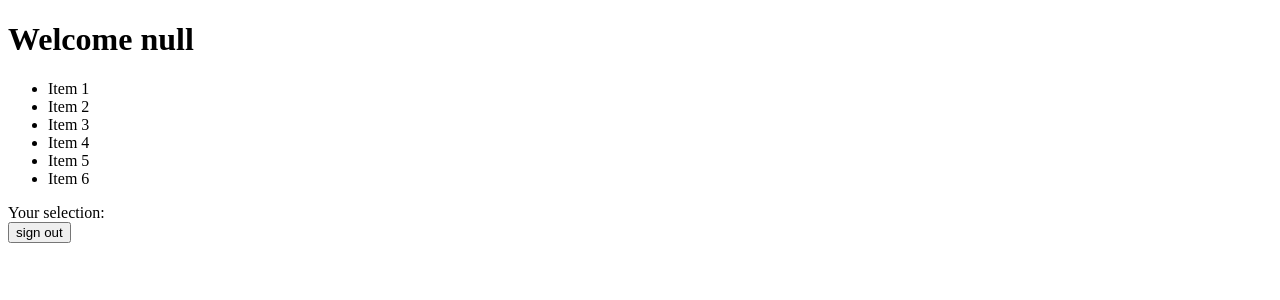
Repository: PoojaShirwaikar/BlockhainTest
Page: javascript/HtmlAssinment3/WebContent/GroceryMall.html
An editor plug-in stored every save of this project. The page is shown before and after the next save, followed by the edit.
The browser window is 1280 px wide. The pictures show the whole page.
Some web libraries are served in a nearby version.

Above is the page before, as saved 2017-11-18 03:42:40.

### javascript/HtmlAssinment3/WebContent/GroceryMall.html
<!DOCTYPE html>
<html>
<head>
<meta charset="ISO-8859-1">
<title>Insert title here</title>
<script src="https://code.jquery.com/jquery-3.2.1.js"></script>

</head>
<body>
	<h1 id="h"></h1>

	<ul>
		<li>Item 1</li>
		<li>Item 2</li>
		<li>Item 3</li>
		<li>Item 4</li>
		<li>Item 5</li>
		<li>Item 6</li>
	</ul>

	<div id="id1">Your selection:</div>

	<button id="b2" onclick="check1()">sign out</button>

	<script>
		var name1 = localStorage.getItem('name');
		sessionStorage.setItem('item', $(this).text());
		/*console.log(name1);*/
 		$("h1").append(" Welcome " + name1);

		function check1() {
			localStorage.removeItem('name');
			$("h1").empty();
			$("h1").append(" Welcome ");

		}

		$("body").on("click", "li", function() {
			sessionStorage.setItem('item', $(this).text());
			$("div").append("<br/>"+$(this).text());
		})
	</script>



</body>
</html>

After the next save:
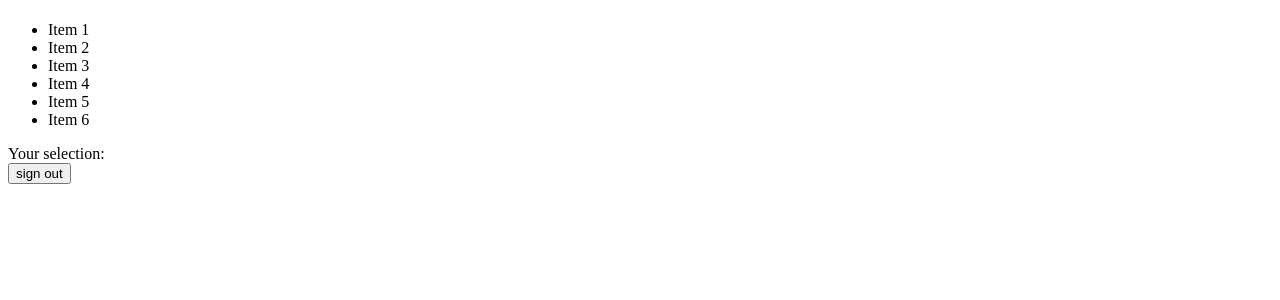
Console error: SyntaxError: Invalid or unexpected token
Saved 12 s later.
--- a/javascript/HtmlAssinment3/WebContent/GroceryMall.html
+++ b/javascript/HtmlAssinment3/WebContent/GroceryMall.html
@@ -24,7 +24,7 @@
 
 	<script>
 		var name1 = localStorage.getItem('name');
-		sessionStorage.setItem('item', $(this).text());
+		sessionStorage.setItem('item1', "item1);
 		/*console.log(name1);*/
  		$("h1").append(" Welcome " + name1);
 

After the save that followed:
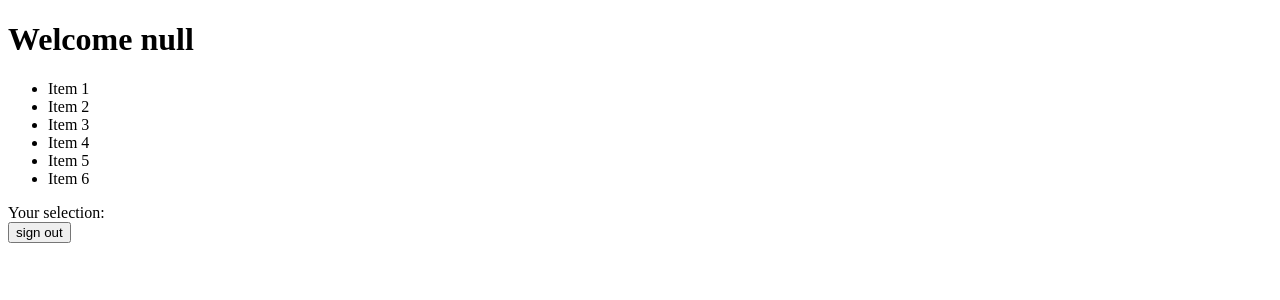
The error is gone.
Saved 24 s later.
--- a/javascript/HtmlAssinment3/WebContent/GroceryMall.html
+++ b/javascript/HtmlAssinment3/WebContent/GroceryMall.html
@@ -24,7 +24,7 @@
 
 	<script>
 		var name1 = localStorage.getItem('name');
-		sessionStorage.setItem('item1', "item1);
+		sessionStorage.setItem('item1', "item1");
 		/*console.log(name1);*/
  		$("h1").append(" Welcome " + name1);
 
